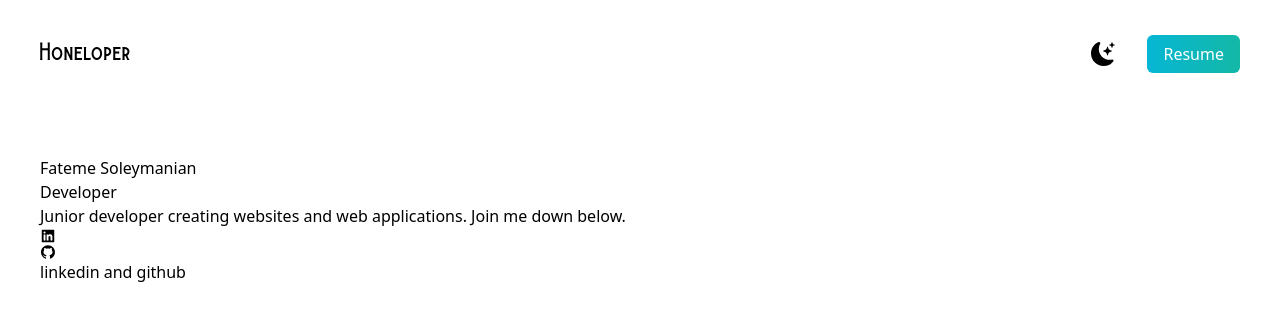
Repository: fatemesoleymanian/portfolio
Page: /
The author's editor kept a copy of each file at every save. The page is drawn from the files as they stood at one save, then again after the next save.
The browser window is 1280 px wide. The pictures show the whole page.
The project was rebuilt for these pictures with package versions that can differ from the ones it lists, and the page was loaded fresh each time. The framework's server and built-in components were replaced by stand-ins that run in the browser. Also part of the build but not shown: next.config.js.

Above is the page before, as saved 2023-03-10 14:13:04.

After the next save:
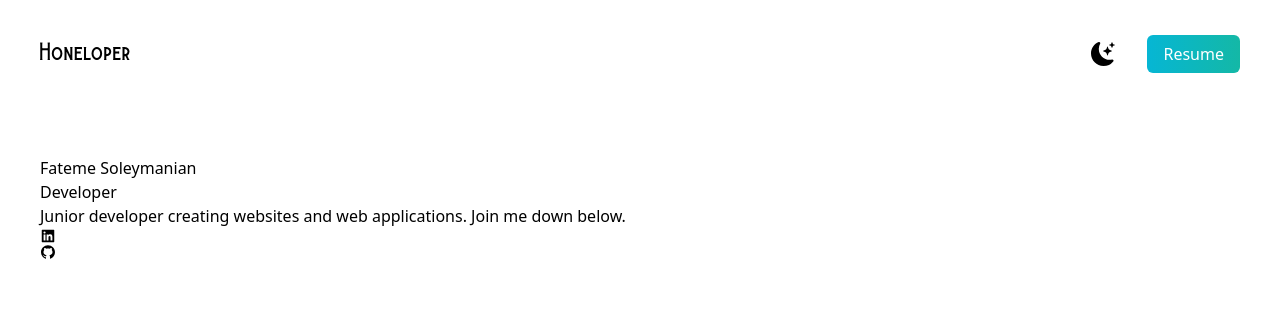
Saved 7 s later.
--- a/pages/index.js
+++ b/pages/index.js
@@ -34,7 +34,6 @@ export default function Home() {
            <a href="https://github.com/fatemesoleymanian">
            <AiFillGithub />
            </a>
-            linkedin and github
           </div>
         </section>
       </main>
